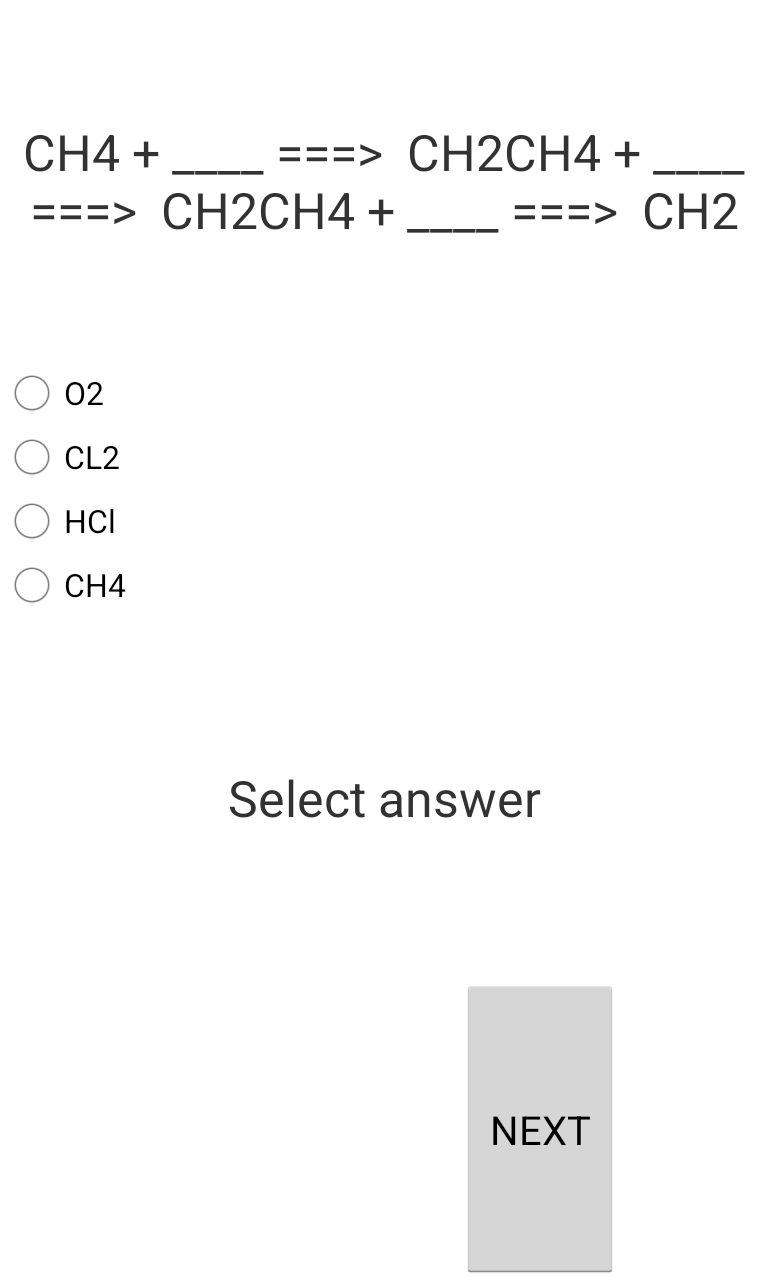
Repository: rupaligarje123/aakash
Layout: androidphotoquiz/FunChem1/photoquiz/res/layout/play.xml
These files come from the project's save history. The layout is drawn as it stood at one moment and after the next save; the edit follows.
It is drawn on a 768 x 1280 px phone screen (xhdpi) without system bars, with theme AppTheme; the app's code is not run.

Above is the layout before, as saved 2013-04-18 06:03:24.

After the next save:
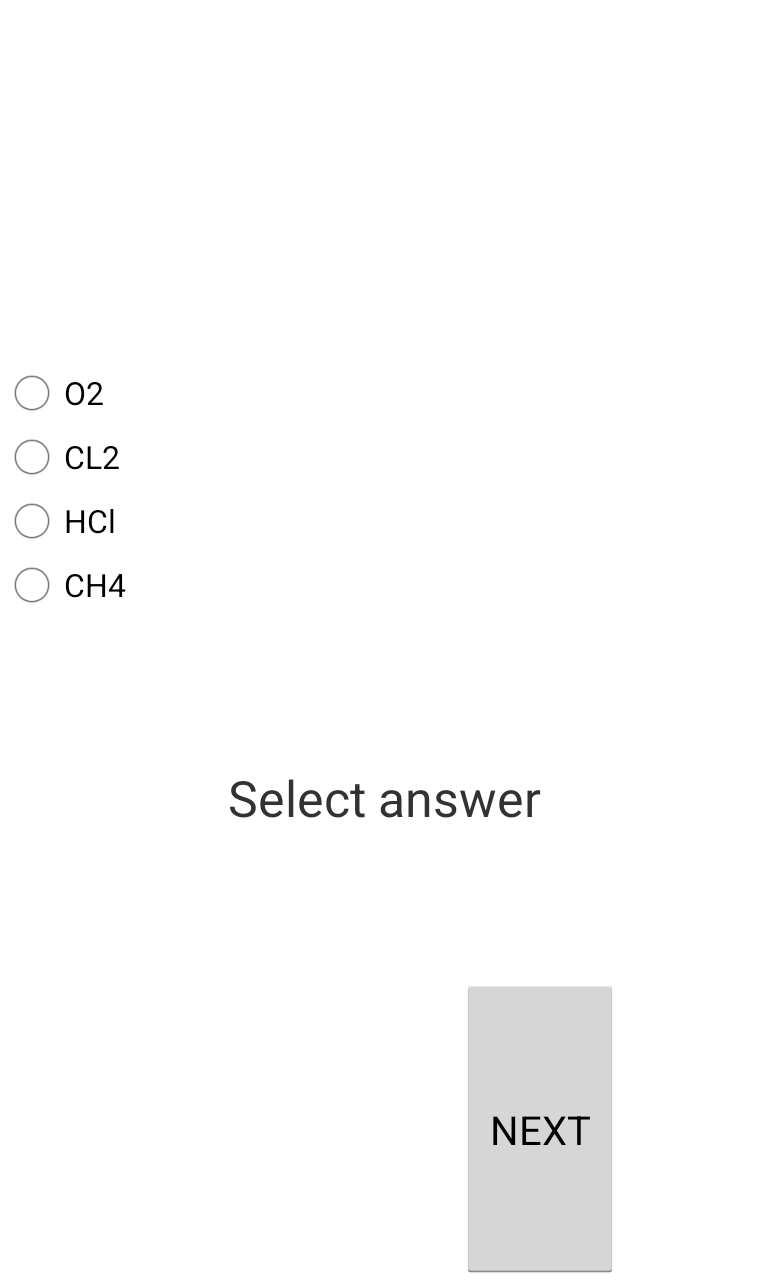
Saved 28 s later.
--- a/androidphotoquiz/FunChem1/photoquiz/res/layout/play.xml
+++ b/androidphotoquiz/FunChem1/photoquiz/res/layout/play.xml
@@ -10,7 +10,7 @@
         android:layout_height="80sp"
         android:layout_weight="1"
         android:gravity="center"
-        android:text="CH4 + ____ ===>  CH2CH4 + ____ ===>  CH2CH4 + ____ ===>  CH2"
+        android:text=""
         android:textSize="25sp" >
     </TextView>
 <RadioGroup
